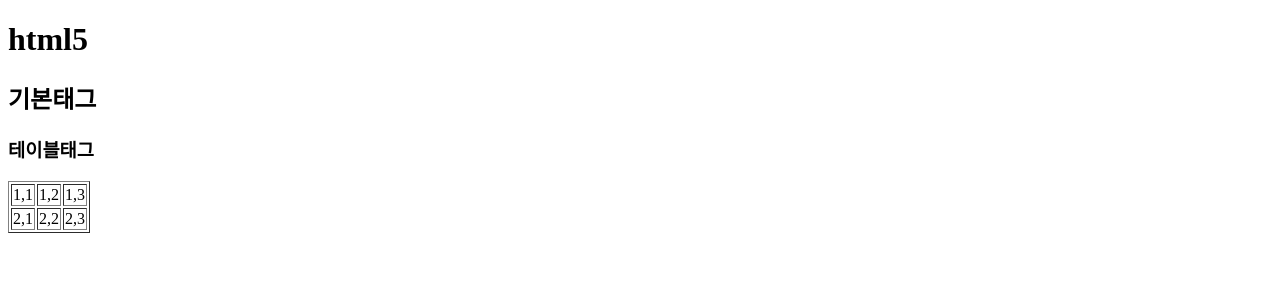
Repository: jeemaru/htme_01
Page: html_01/ex05.html
An editor plug-in stored every save of this project. The page is shown before and after the next save, followed by the edit.
The browser window is 1280 px wide. The pictures show the whole page.

Above is the page before, as saved 2022-04-01 01:20:13.

### html_01/ex05.html
<!DOCTYPE html>

<html>

	<head>
	<meta charset="UTF-8">
	<title>Insert title here</title>

	</head>


	<body>
		<h1>html5</h1>
		<h2>기본태그</h2>
		<h3>테이블태그</h3>
		<table border="1">
			<tr>
				<td>1,1</td>
				<td>1,2</td>
				<td>1,3</td>
			</tr>
			<tr>
				<td>2,1</td>
				<td>2,2</td>
				<td>2,3</td>
			</tr>
		</table>


	</body>



</html>

After the next save:
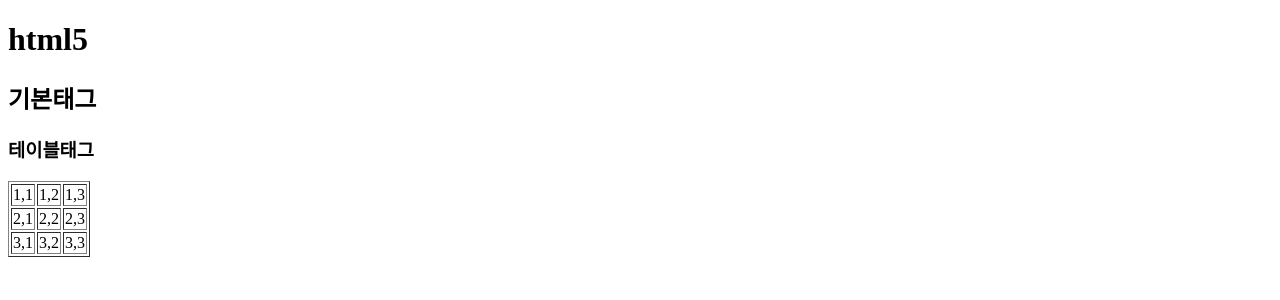
Saved 51 s later.
--- a/html_01/ex05.html
+++ b/html_01/ex05.html
@@ -24,6 +24,11 @@
 				<td>2,2</td>
 				<td>2,3</td>
 			</tr>
+			<tr>
+				<td>3,1</td>
+				<td>3,2</td>
+				<td>3,3</td>
+			</tr>
 		</table>
 
 
